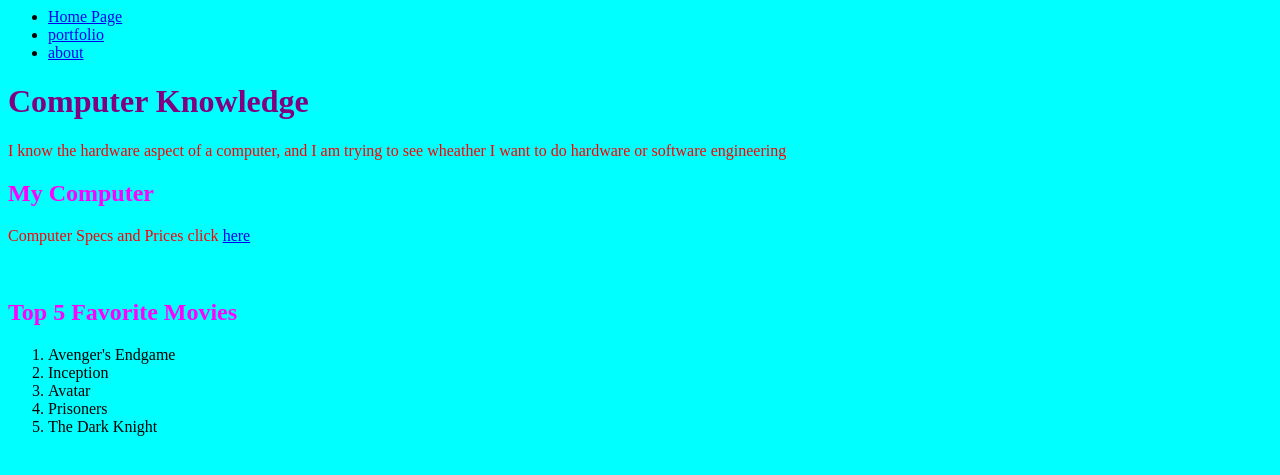
Repository: mike3245/mike3245.github.io
Page: about.html
The author's editor kept a record of every edit. The page is drawn from the files as they stood at one moment, then again after the next edit.
The browser window is 1280 px wide. The pictures show the whole page.

Above is the page before.

### about.html
<html>
   <head>
       <title>About Me</title>
       <style>
body {background-color: cyan;}
h1   {color: purple;}
p    {color: red;}
h2  {color: magenta;
h1 {
  color: purple;
  font-family: verdana;
  font-size: 300%;
}
p  {
  color: red;
  font-family: courier;
  font-size: 160%;
}
</style>

   </head>

   <body>
     <ul>
    <li><a href="index.html">Home Page</a></li>
    <li><a href="portfolio.html">portfolio</a></li>
    <li><a href="about.html">about</a></li>
    </ul>

    <h1> Computer Knowledge</h1>
    <p>I know the hardware aspect of a computer, and I am trying to see wheather I want to do hardware or software engineering</p>
    <h2>My Computer</h2>
    <p>Computer Specs and Prices click <a target="_blank" href="https://pcpartpicker.com/user/phoenixflame89/saved/F2Xb8d">here</a></p>
    <br>
    <h2>Top 5 Favorite Movies</h2>
    <ol><li>Avenger's Endgame</li><li>Inception</li><li>Avatar</li><li>Prisoners</li><li>The Dark Knight</li> </ol>
    <img /Image/maxresdefault.jpg>


    </body>

   </html>

After the next edit:
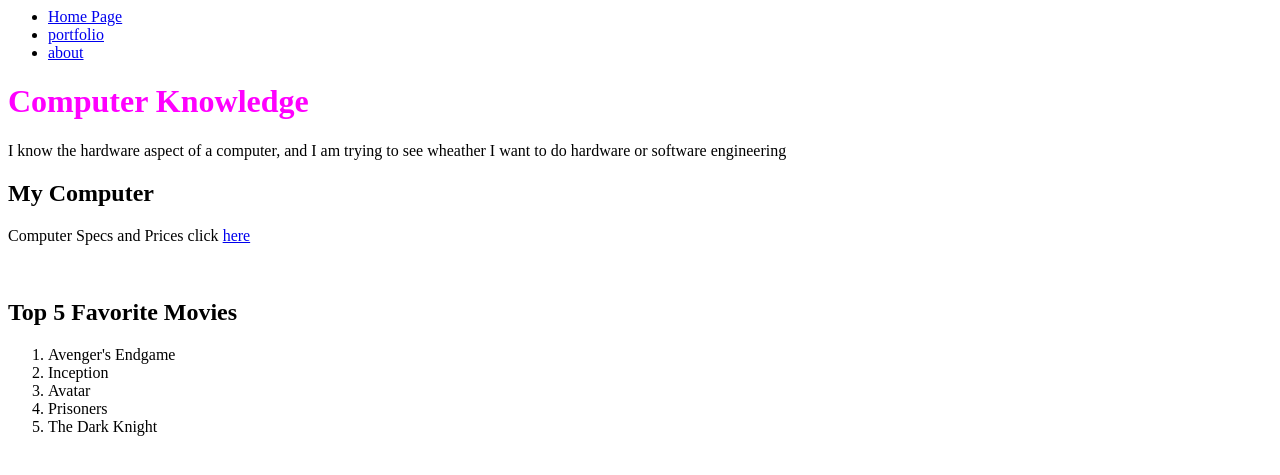
The edit:
--- a/about.html
+++ b/about.html
@@ -2,19 +2,9 @@
    <head>
        <title>About Me</title>
        <style>
+h1 {color:magenta; font-family:;
 body {background-color: cyan;}
-h1   {color: purple;}
-p    {color: red;}
 h2  {color: magenta;
-h1 {
-  color: purple;
-  font-family: verdana;
-  font-size: 300%;
-}
-p  {
-  color: red;
-  font-family: courier;
-  font-size: 160%;
 }
 </style>
 
